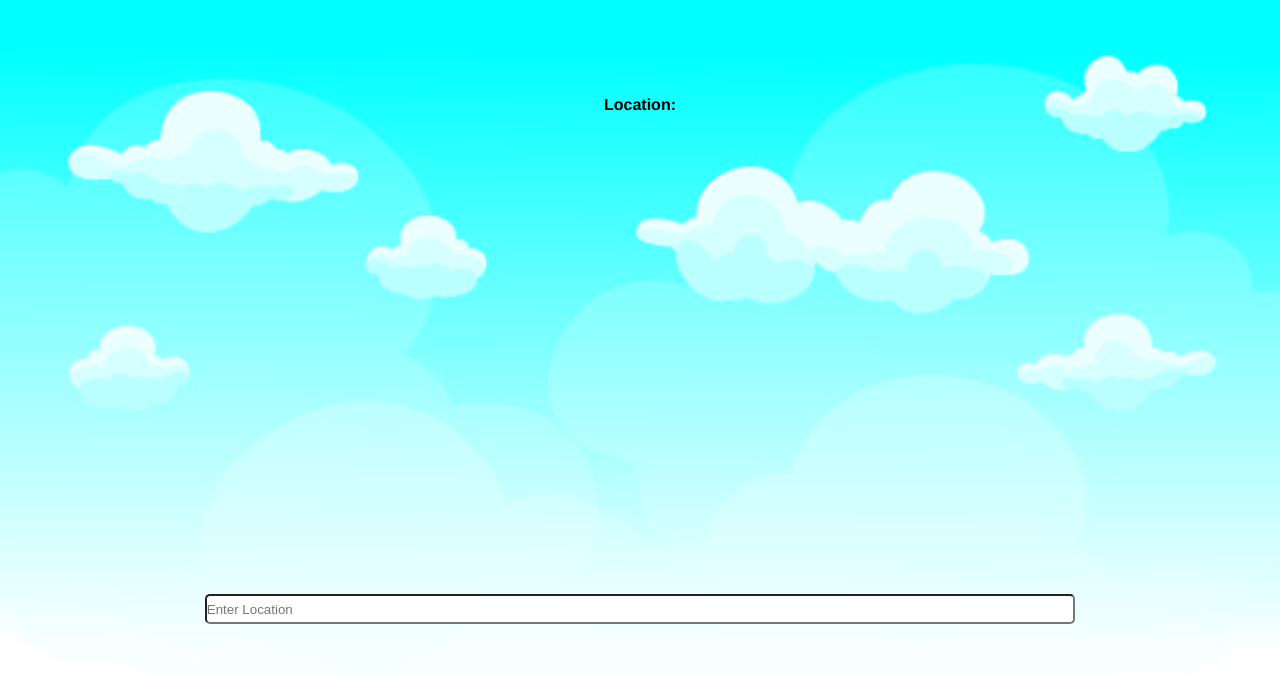
Repository: shaelorch/weather
Page: /
An editor plug-in stored every save of this project. The page is shown before and after the next save, followed by the edit.
The browser window is 1280 px wide. The pictures show the whole page.
The project was rebuilt for these pictures with package versions that can differ from the ones it lists, and the page was loaded fresh each time. The framework's server and built-in components were replaced by stand-ins that run in the browser. Also part of the build but not shown: next.config.js.

Above is the page before, as saved 2023-01-17 12:29:04.

### pages/index.js
import Head from 'next/head'
import Image from 'next/image'
import { Inter } from '@next/font/google'
import styles from '@/styles/Home.module.css'
import axios from 'axios'
import { useState } from 'react';

const inter = Inter({ subsets: ['latin'] })



export default function Home() {
  const [location, setLocation] = useState('');
  const [data, setData] = useState({});
  const [weather, setWeather] = useState();
  const [errorMessage, setErrorMessage] = useState("");

  var apiKey = "5bb65e5dcdd88d96c09dd61a44557240";
  var lang = "fr";
  var units = "metric";
  const url = `https://api.openweathermap.org/data/2.5/weather?q=${location}&units=${units}&appid=${apiKey}&lang=${lang}`

  const searchLocation = (event) => {
    if(event.key === "Enter") {
      axios.get(url)
      .then((response) => {
        console.clear();
        setData(response.data);
        console.log(response.data);
        setWeather(response.data.weather);
        setErrorMessage("");
      }).catch(err => {
        console.log(err);
        setErrorMessage("Please enter another location");
        setData({});
        setWeather()
      })
      setLocation('')
  }}

  return <main className={styles.main}>


    <div className={styles.text}>
      <p>Location:</p>
      {data.name}
    </div>

    <input
    className={styles.input}
    value={location}
    onChange={event => setLocation(event.target.value)}
    placeholder="Enter Location"
    onKeyDown={searchLocation}
    type="text"

    />

    {
      weather && weather.map((w, index)=> {
        return(
          <div className={styles.text} key={index}>
            <div>{w.description}</div>
            <div>{w.main}</div>
            {data.main.temp} &deg;C
            <p>Feels Like:</p>
            {data.main.feels_like} &deg;C
            {data.wind.speed}
            </div>










        )
      })
    }

  </main>



}

### styles/Home.module.css
.main {
  display: flex;
  flex-direction: column;
  justify-content: space-between;
  align-items: center;
  padding: 6rem;
  min-height: 100vh;
  background-image: url("/clouds.jpg");
  background-repeat: no-repeat;
  background-size: cover;
}

.text {
  font-family: 'Franklin Gothic Medium', 'Arial Narrow', Arial, sans-serif;
  font-weight: bold;
  color:black;
}

.input {
  border-radius:5px;
  background-color: white;
  height:30px;
  width:80%;
}


.description {
  display: inherit;
  justify-content: inherit;
  align-items: inherit;
  font-size: 0.85rem;
  max-width: var(--max-width);
  width: 100%;
  z-index: 2;
  font-family: var(--font-mono);
}

.description a {
  display: flex;
  justify-content: center;
  align-items: center;
  gap: 0.5rem;
}

.description p {
  position: relative;
  margin: 0;
  padding: 1rem;
  background-color: rgba(var(--callout-rgb), 0.5);
  border: 1px solid rgba(var(--callout-border-rgb), 0.3);
  border-radius: var(--border-radius);
}

.code {
  font-weight: 700;
  font-family: var(--font-mono);
}

.grid {
  display: grid;
  grid-template-columns: repeat(4, minmax(25%, auto));
  width: var(--max-width);
  max-width: 100%;
}

.card {
  padding: 1rem 1.2rem;
  border-radius: var(--border-radius);
  background: rgba(var(--card-rgb), 0);
  border: 1px solid rgba(var(--card-border-rgb), 0);
  transition: background 200ms, border 200ms;
}

.card span {
  display: inline-block;
  transition: transform 200ms;
}

.card h2 {
  font-weight: 600;
  margin-bottom: 0.7rem;
}

.card p {
  margin: 0;
  opacity: 0.6;
  font-size: 0.9rem;
  line-height: 1.5;
  max-width: 30ch;
}

.center {
  display: flex;
  justify-content: center;
  align-items: center;
  position: relative;
  padding: 4rem 0;
}

.center::before {
  background: var(--secondary-glow);
  border-radius: 50%;
  width: 480px;
  height: 360px;
  margin-left: -400px;
}

.center::after {
  background: var(--primary-glow);
  width: 240px;
  height: 180px;
  z-index: -1;
}

.center::before,
.center::after {
  content: '';
  left: 50%;
  position: absolute;
  filter: blur(45px);
  transform: translateZ(0);
}

.logo,
.thirteen {
  position: relative;
}

.thirteen {
  display: flex;
  justify-content: center;
  align-items: center;
  width: 75px;
  height: 75px;
  padding: 25px 10px;
  margin-left: 16px;
  transform: translateZ(0);
  border-radius: var(--border-radius);
  overflow: hidden;
  box-shadow: 0px 2px 8px -1px #0000001a;
}

.thirteen::before,
.thirteen::after {
  content: '';
  position: absolute;
  z-index: -1;
}

/* Conic Gradient Animation */
.thirteen::before {
  animation: 6s rotate linear infinite;
  width: 200%;
  height: 200%;
  background: var(--tile-border);
}

/* Inner Square */
.thirteen::after {
  inset: 0;
  padding: 1px;
  border-radius: var(--border-radius);
  background: linear-gradient(
    to bottom right,
    rgba(var(--tile-start-rgb), 1),
    rgba(var(--tile-end-rgb), 1)
  );
  background-clip: content-box;
}

/* Enable hover only on non-touch devices */
@media (hover: hover) and (pointer: fine) {
  .card:hover {
    background: rgba(var(--card-rgb), 0.1);
    border: 1px solid rgba(var(--card-border-rgb), 0.15);
  }

  .card:hover span {
    transform: translateX(4px);
  }
}

@media (prefers-reduced-motion) {
  .thirteen::before {
    animation: none;
  }

  .card:hover span {
    transform: none;
  }
}

/* Mobile */
@media (max-width: 700px) {
  .content {
    padding: 4rem;
  }

  .grid {
    grid-template-columns: 1fr;
    margin-bottom: 120px;
    max-width: 320px;
    text-align: center;
  }

  .card {
    padding: 1rem 2.5rem;
  }

  .card h2 {
    margin-bottom: 0.5rem;
  }

  .center {
    padding: 8rem 0 6rem;
  }

  .center::before {
    transform: none;
    height: 300px;
  }

  .description {
    font-size: 0.8rem;
  }

  .description a {
    padding: 1rem;
  }

  .description p,
  .description div {
    display: flex;
    justify-content: center;
    position: fixed;
    width: 100%;
  }

  .description p {
    align-items: center;
    inset: 0 0 auto;
    padding: 2rem 1rem 1.4rem;
    border-radius: 0;
    border: none;
    border-bottom: 1px solid rgba(var(--callout-border-rgb), 0.25);
    background: linear-gradient(
      to bottom,
      rgba(var(--background-start-rgb), 1),
      rgba(var(--callout-rgb), 0.5)
    );
    background-clip: padding-box;
    backdrop-filter: blur(24px);
  }

  .description div {
    align-items: flex-end;
    pointer-events: none;
    inset: auto 0 0;
    padding: 2rem;
    height: 200px;
    background: linear-gradient(
      to bottom,
      transparent 0%,
      rgb(var(--background-end-rgb)) 40%
    );
    z-index: 1;
  }
}

/* Tablet and Smaller Desktop */
@media (min-width: 701px) and (max-width: 1120px) {
  .grid {
    grid-template-columns: repeat(2, 50%);
  }
}

@media (prefers-color-scheme: dark) {
  .vercelLogo {
    filter: invert(1);
  }

  .logo,
  .thirteen img {
    filter: invert(1) drop-shadow(0 0 0.3rem #ffffff70);
  }
}

@keyframes rotate {
  from {
    transform: rotate(360deg);
  }
  to {
    transform: rotate(0deg);
  }
}

Loaded but not shown: pages/_app.js (common file); pages/_document.js (common file); styles/globals.css (common file)

After the next save:
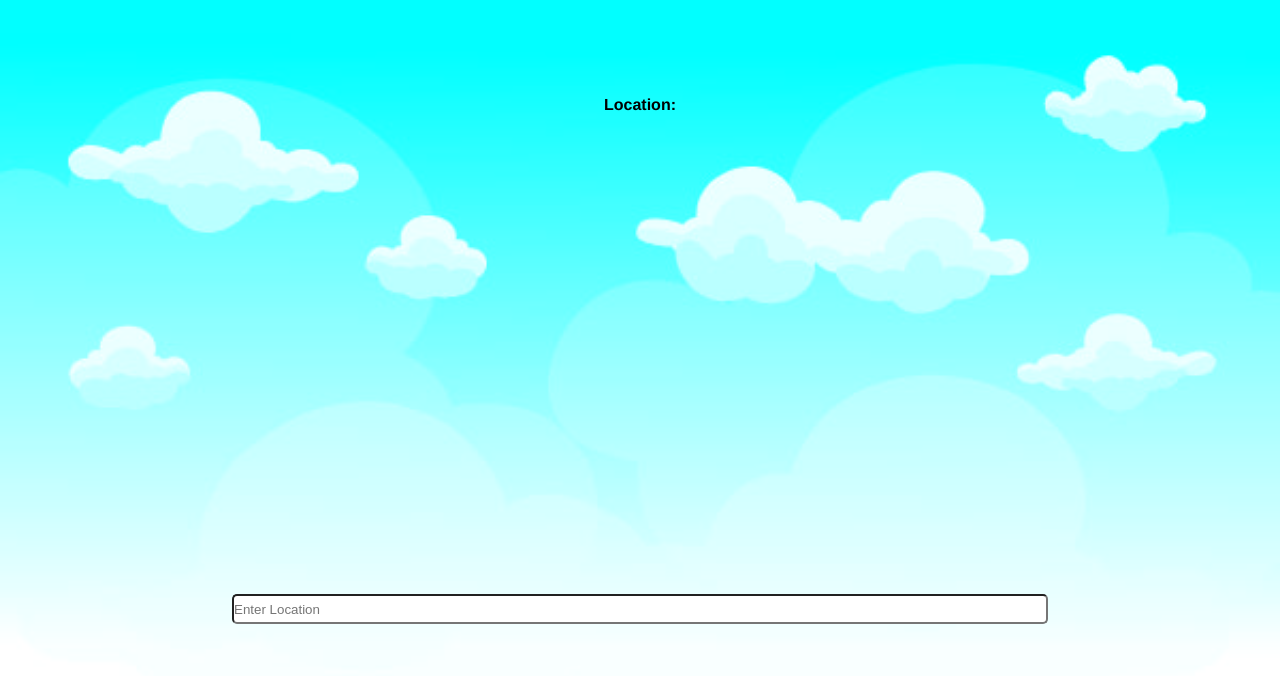
Saved 5 s later.
--- a/styles/Home.module.css
+++ b/styles/Home.module.css
@@ -20,7 +20,7 @@
   border-radius:5px;
   background-color: white;
   height:30px;
-  width:80%;
+  width:75%;
 }
 
 
